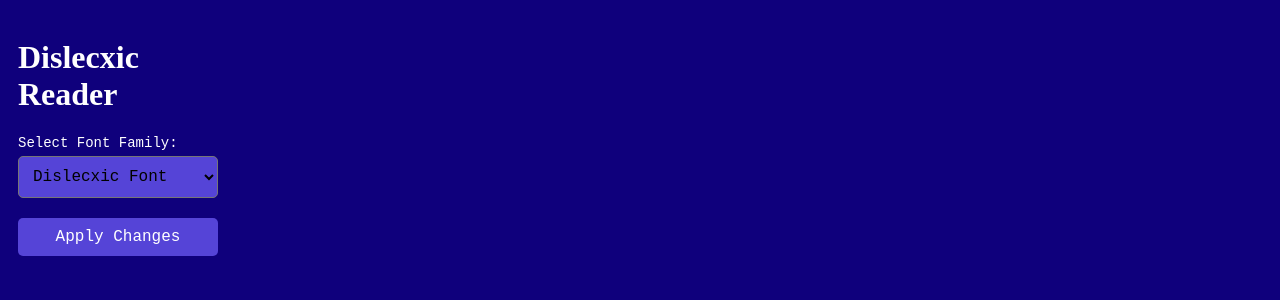
Repository: adatechschool/extension-navigateur-extension_walid_eliana_imelda
Page: Extention 3/popup.html
These files come from the project's save history. The page is drawn as it stood at one moment and after the next save; the edit follows.
The browser window is 1280 px wide. The pictures show the whole page.

Above is the page before, as saved 2024-01-12 16:04:42.

### Extention 3/popup.html
<!-- popup.html -->
<!DOCTYPE html>
<html>
<head>
  <link rel="stylesheet" type="text/css" href="popup.css">
  <script type="module" src="popup.js"></script>

  <link rel="preconnect" href="https://fonts.googleapis.com">
<link rel="preconnect" href="https://fonts.gstatic.com" crossorigin>
<link href="https://fonts.googleapis.com/css2?family=Montserrat:wght@400;700&display=swap" rel="stylesheet">

</head>
<body>
    <h1> Dislecxic Reader </h1>
  <label for="font-family">Select Font Family:</label>

  <select id="font-family">

    <option value="Montserrat">Dislecxic Font</option>

    <option value="Arial"> Lettres en Gras</option>

    <option value="Courier New"> Le deux</option>
    <!-- Add more font options as needed -->
  </select>

  <button id="apply-button">Apply Changes</button>
</body>
</html>

### Extention 3/popup.css
body {
    width: 200px;
    padding: 10px;
    background-color: #0f007c;
    border-radius: 5px;

  }

  label {
    font-family: monospace;
    display: block;
    margin-bottom: 5px;
    font-size: 14px;
   color : white;
  }

  select, button {
    width: 100%;
    margin-bottom: 20px;
    padding: 10px;
    font-size: 16px;
    background-color:#5544d7;
    border-radius: 5px;
    font-family: monospace;
  }

  button {
    background-color: #5544d7;
    color: white;
    border: 5px;
    cursor: pointer;
  }

  button:hover {
    background-color: #357ae8;
  }
  h1 {
    color:white;
  }

### Extention 3/popup.js
document.addEventListener('DOMContentLoaded', function() {
    var applyButton = document.getElementById('apply-button');
    var fontFamilySelect = document.getElementById('font-family');

    applyButton.addEventListener('click', function() {
      var selectedFontFamily = fontFamilySelect.value;
      chrome.tabs.query({ active: true, currentWindow: true }, function(tabs) {
        chrome.tabs.sendMessage(tabs[0].id, { action: 'applyChanges', selectedFontFamily: selectedFontFamily });
      });
    });
  });

After the next save:
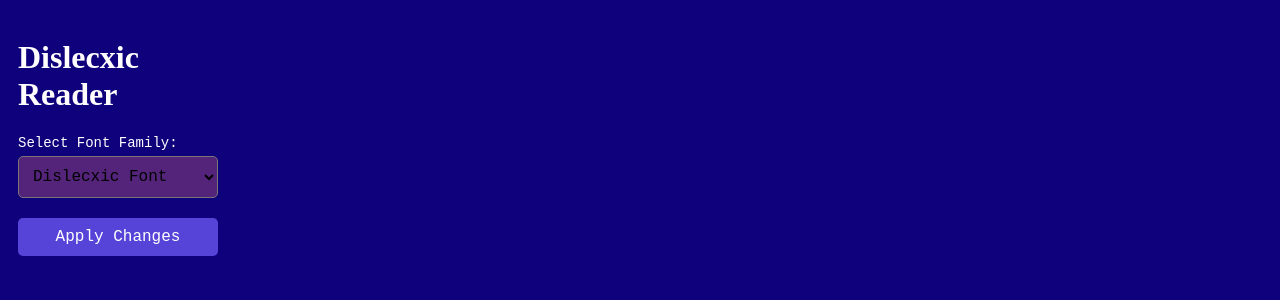
Saved 78 s later.
--- a/Extention 3/popup.css
+++ b/Extention 3/popup.css
@@ -19,7 +19,7 @@ body {
     margin-bottom: 20px;
     padding: 10px;
     font-size: 16px;
-    background-color:#5544d7;
+    background-color:#54247a;
     border-radius: 5px;
     font-family: monospace;
   }
